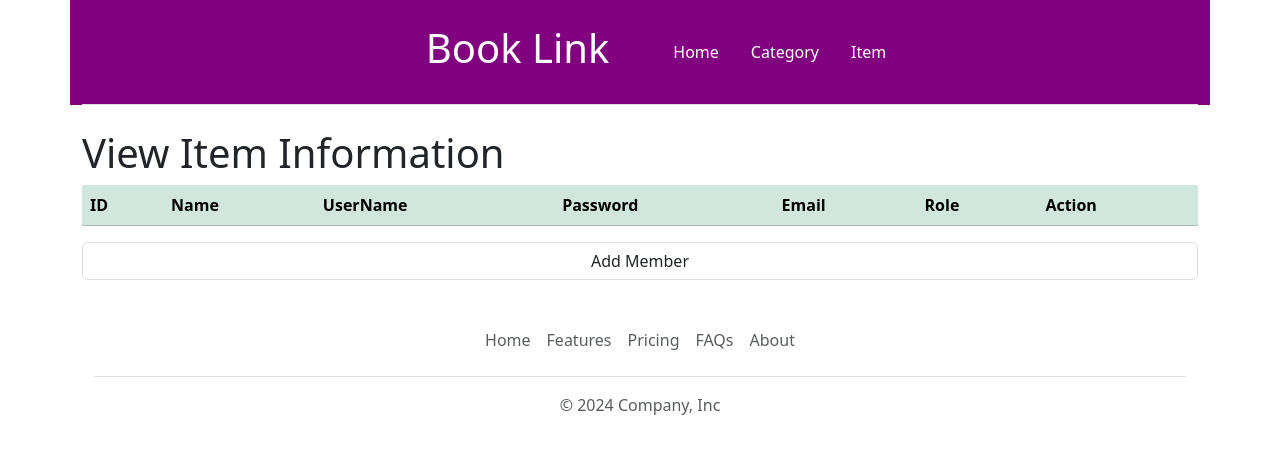
Repository: nyeinsu4520/coursera-test
Page: http://localhost/ViewMember
These files come from the project's save history. The page is drawn as it stood at one moment and after the next save; the edit follows.
The browser window is 1280 px wide. The pictures show the whole page.
Some web fonts or font styles are not loaded; a fallback is used. The page is this project's Thymeleaf template; nobody is signed in. The template is opened directly, without the code that normally fills it, so the values that code supplies are empty.

Above is the page before, as saved 2024-05-30 02:47:09.

After the next save:
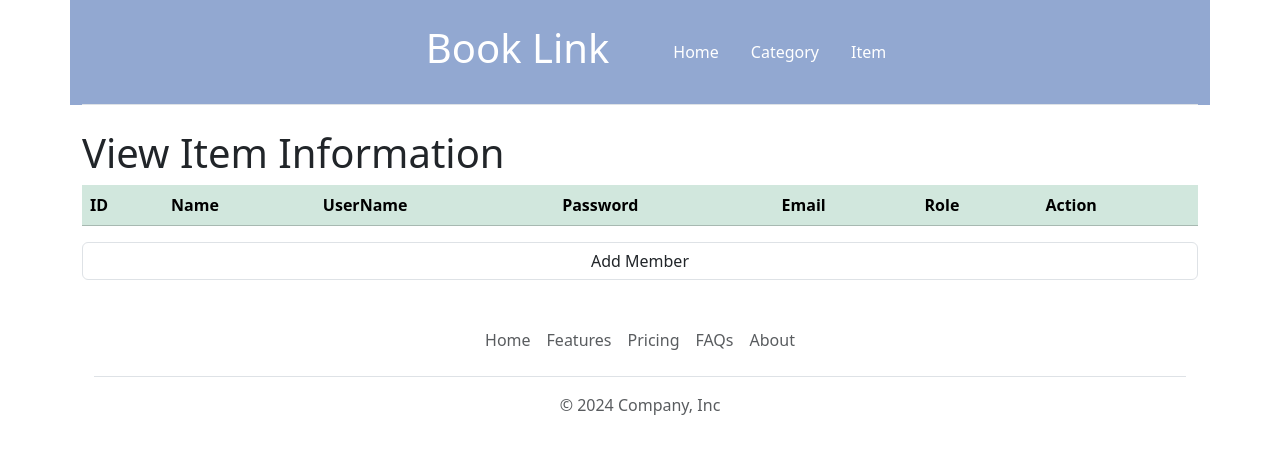
Saved 8 s later.
--- a/BookLink/src/main/resources/templates/ViewMember.html
+++ b/BookLink/src/main/resources/templates/ViewMember.html
@@ -10,7 +10,7 @@
 </head>
 <body>
 
-<div th:replace="fragment/header"></div>
+<div th:replace="fragment/header1"></div>
 
 <div class="container">
 <h1 >View Item Information</h1>
